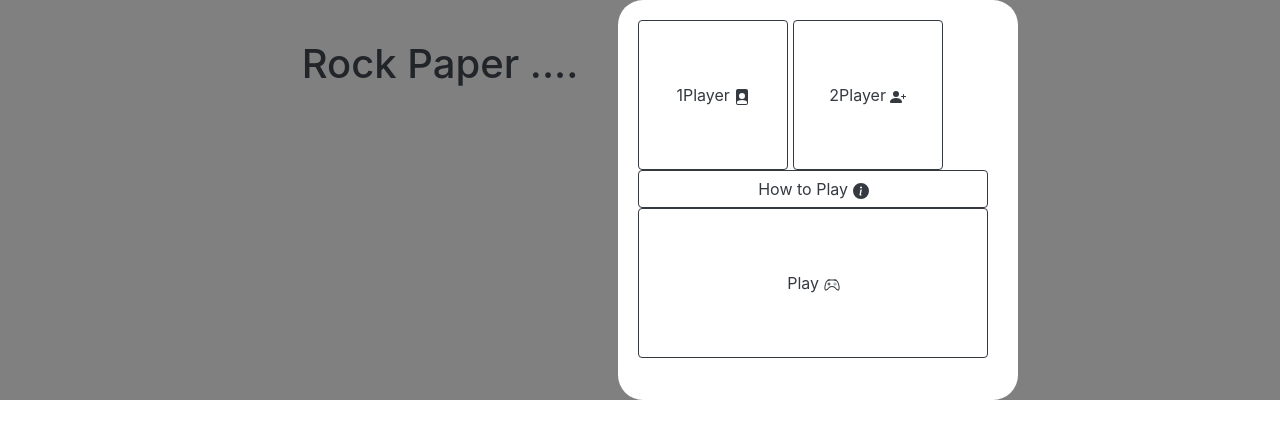
Repository: hossamsulleman1/Colllege-rock-paper-game
Page: index.html
An editor plug-in stored every save of this project. The page is shown before and after the next save, followed by the edit.
The browser window is 1280 px wide. The pictures show the whole page.

Above is the page before, as saved 2020-09-15 10:46:52.
Console error: SyntaxError: Unexpected token '<'

After the next save:
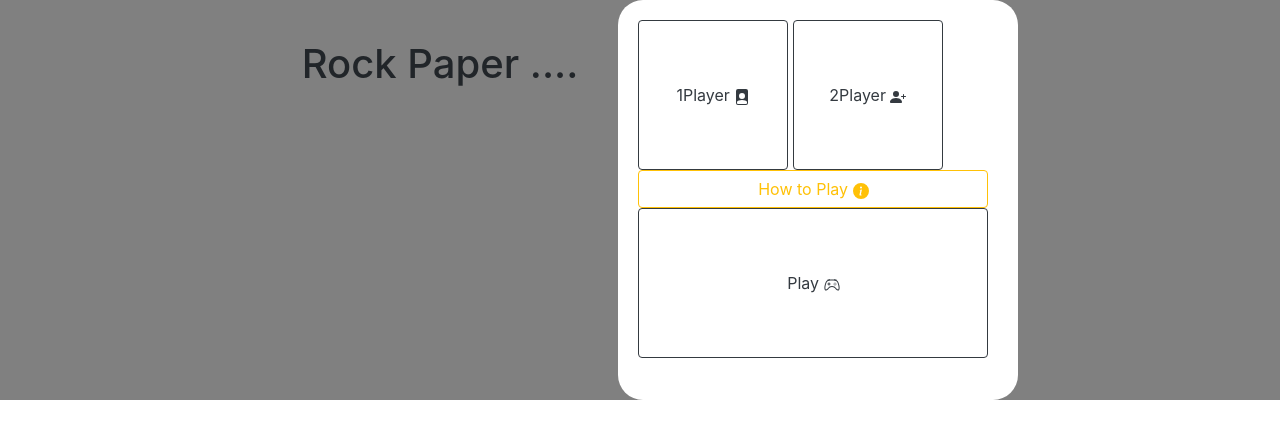
Saved 48 s later.
--- a/index.html
+++ b/index.html
@@ -25,7 +25,7 @@
       </svg>
 </button>
 <br>
-<button style="width: 350px;" class="btn btn-outline-dark" onclick="howToPlay()">
+<button style="width: 350px;" class="btn btn-outline-warning" onclick="howToPlay()">
     How to Play
     <svg width="1em" height="1em" viewBox="0 0 16 16" class="bi bi-info-circle-fill" fill="currentColor" xmlns="http://www.w3.org/2000/svg">
         <path fill-rule="evenodd" d="M8 16A8 8 0 1 0 8 0a8 8 0 0 0 0 16zm.93-9.412l-2.29.287-.082.38.45.083c.294.07.352.176.288.469l-.738 3.468c-.194.897.105 1.319.808 1.319.545 0 1.178-.252 1.465-.598l.088-.416c-.2.176-.492.246-.686.246-.275 0-.375-.193-.304-.533L8.93 6.588zM8 5.5a1 1 0 1 0 0-2 1 1 0 0 0 0 2z"/>
